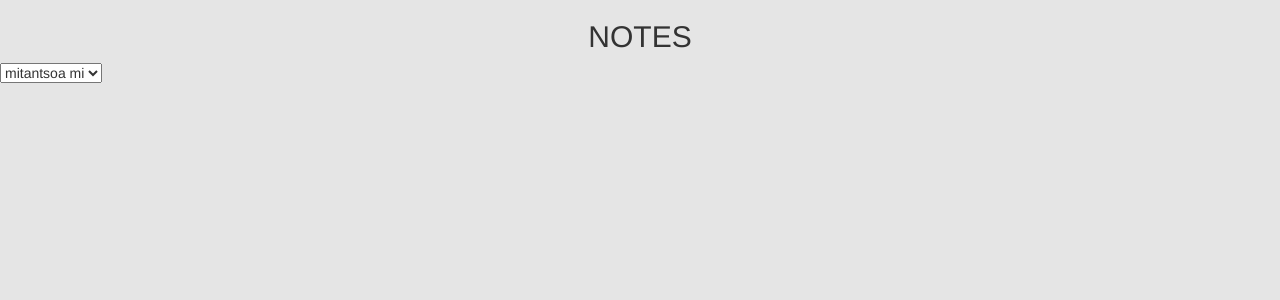
Repository: mitantsoa1/CRUD-note
Page: http://localhost/note
An editor plug-in stored every save of this project. The page is shown before and after the next save, followed by the edit.
The browser window is 1280 px wide. The pictures show the whole page.
The page is run by PHP 8.4 with error messages shown; the project is at /var/www/html/. The database holds what the project's SQL file puts in it.

Above is the page before, as saved 2021-02-11 17:50:36.
Console error: SyntaxError: Unexpected token '<'

After the next save:
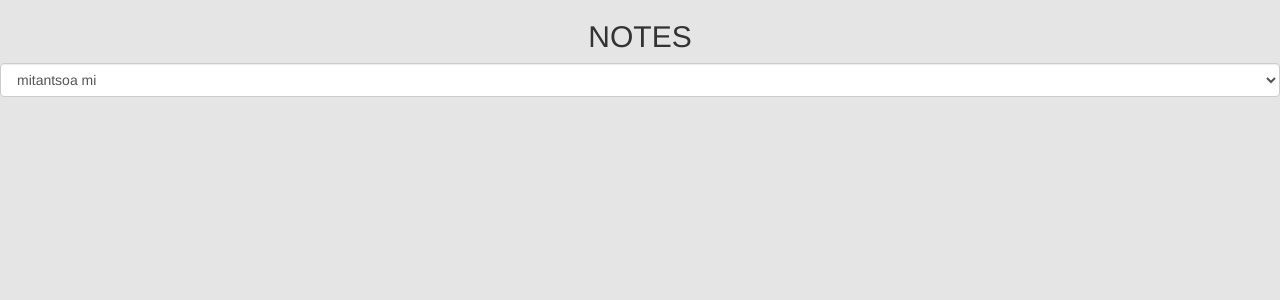
Saved 73 s later.
--- a/Views/note.php
+++ b/Views/note.php
@@ -17,7 +17,7 @@ Controllers::includeCSS(["all","bootstrap.min","sweetalert2.min","style"]);
         $db = new Database();
         $tab = $db->select("etudiant")
                     ->execute(null);
-        echo "<select id='select_etudiant_note' class='form-group'>";
+        echo "<div class='form-group'> <select id='select_etudiant_note' class='form-control'>";
 
             for($i=0;$i<count($tab);$i++){
                 echo"
@@ -25,7 +25,7 @@ Controllers::includeCSS(["all","bootstrap.min","sweetalert2.min","style"]);
                 ";
             }
 
-         echo "</select>";
+         echo "</select></div>";
 
 
     ?>
